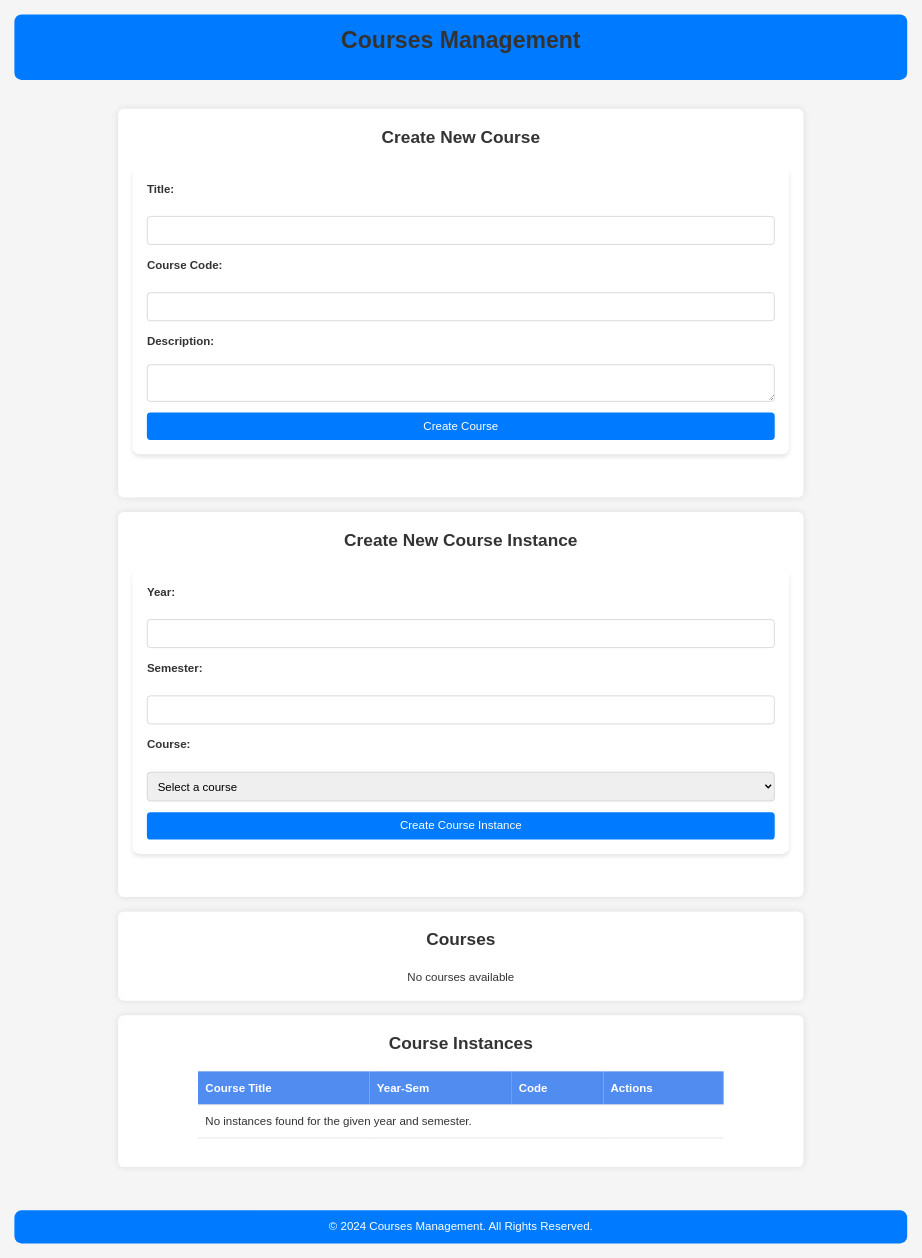
Repository: Rajdeep00-bit/Course_frontend
Page: /
The author's editor kept a copy of each file at every save. The page is drawn from the files as they stood at one save, then again after the next save.
The browser window is 1280 px wide. The pictures show the whole page, at 72% of full size.
The page's requests for data from a server got no answer. The project was rebuilt for these pictures with package versions that can differ from the ones it lists, and the page was loaded fresh each time. No one was signed in, and anything a server would have sent is missing. Also part of the build but not shown: src/components/CourseInstanceDetails.js.

Above is the page before, as saved 2024-09-12 11:47:10.

### src/index.js
import React from 'react';
import ReactDOM from 'react-dom/client';
import './index.css';
import App from './App';




const root = ReactDOM.createRoot(document.getElementById('root'));
root.render(
  <React.StrictMode>
    <App />
  </React.StrictMode>
);

### src/index.css
/* Reset some default styles */
* {
  margin: 0;
  padding: 0;
  box-sizing: border-box;
}

body {
  font-family: 'Arial', sans-serif;
  background-color: #f4f4f9;
  color: #333;
  line-height: 1.6;
  padding: 20px;
}

h1, h2, h3, h4, h5, h6 {
  margin-bottom: 20px;
  color: #333;
}

.container {
  max-width: 1200px;
  margin: 0 auto;
  padding: 20px;
}

/* General button styles */
button {
  background-color: #007bff;
  color: white;
  padding: 10px 15px;
  border: none;
  border-radius: 5px;
  cursor: pointer;
  font-size: 16px;
  transition: background-color 0.3s ease;
}

button:hover {
  background-color: #0056b3;
}

/* Form styles */
form {
  background-color: white;
  padding: 20px;
  margin-bottom: 40px;
  border-radius: 10px;
  box-shadow: 0 4px 6px rgba(0, 0, 0, 0.1);
}

form div {
  margin-bottom: 15px;
}

form label {
  display: block;
  margin-bottom: 5px;
  font-weight: bold;
}

form input[type="text"],
form input[type="number"],
form select {
  width: 100%;
  padding: 10px;
  margin-top: 5px;
  border: 1px solid #ccc;
  border-radius: 5px;
  font-size: 16px;
}

/* List styles */
ul {
  list-style: none;
  padding: 0;
}

li {
  background-color: white;
  padding: 15px;
  margin-bottom: 10px;
  border-radius: 10px;
  display: flex;
  justify-content: space-between;
  align-items: center;
  box-shadow: 0 4px 6px rgba(0, 0, 0, 0.1);
}

li button {
  background-color: #dc3545;
}

li button:hover {
  background-color: #c82333;
}

/* Header styles */
header {
  background-color: #007bff;
  color: white;
  padding: 20px;
  text-align: center;
  border-radius: 10px;
  margin-bottom: 40px;
}

/* Course and Course Instance Styles */
.course, .course-instance {
  display: flex;
  justify-content: space-between;
  align-items: center;
  padding: 15px;
  margin-bottom: 10px;
  background-color: white;
  border-radius: 10px;
  box-shadow: 0 4px 6px rgba(0, 0, 0, 0.1);
}

.course-info, .instance-info {
  display: flex;
  flex-direction: column;
}

.course-info h3, .instance-info h3 {
  margin-bottom: 5px;
}

/* Footer */
footer {
  text-align: center;
  padding: 20px;
  margin-top: 40px;
  background-color: #007bff;
  color: white;
  border-radius: 10px;
}

### src/App.css
body {
  margin: 0;
  font-family: Arial, sans-serif;
  background-color: #f5f5f5;
}

.App {
  text-align: center;
}

.header {
  background-color: #007bff;
  color: white;
  padding: 10px 0;
  margin-bottom: 20px;
}

.container {
  width: 80%;
  margin: 0 auto;
}

.section {
  background-color: white;
  padding: 20px;
  margin-bottom: 20px;
  box-shadow: 0px 0px 10px rgba(0, 0, 0, 0.1);
  border-radius: 8px;
}

.form {
  display: flex;
  flex-direction: column;
  gap: 15px;
}

.form label {
  font-weight: bold;
  text-align: left;
}

.form input, .form textarea, .form select {
  padding: 10px;
  border-radius: 5px;
  border: 1px solid #ccc;
}

.form button {
  padding: 10px;
  background-color: #007bff;
  color: white;
  border: none;
  border-radius: 5px;
  cursor: pointer;
}

.form button:hover {
  background-color: #0056b3;
}

ul {
  list-style-type: none;
  padding: 0;
}

ul li {
  background-color: #f9f9f9;
  margin: 10px 0;
  padding: 10px;
  border-radius: 5px;
  box-shadow: 0px 0px 5px rgba(0, 0, 0, 0.1);
}

ul li button {
  margin-left: 10px;
}

.course-details, .instance-details {
  margin-top: 20px;
  text-align: left;
}

.footer {
  background-color: #007bff;
  color: white;
  padding: 10px 0;
  margin-top: 20px;
}
.course-details {
  margin-top: 20px;
  padding: 15px;
  border: 1px solid #ddd;
  background-color: #f9f9f9;
}
.course-details h3 {
  margin-bottom: 10px;
}
.course-instance-list {
  margin: 20px auto;
  width: 80%;
}

table {
  width: 100%;
  border-collapse: collapse;
}

thead {
  background-color: #518cf0;
  color: white;
}

th, td {
  padding: 10px;
  text-align: left;
  border-bottom: 1px solid #ddd;
}

tbody tr:nth-child(even) {
  background-color: #f9f9f9;
}

.action-btn {
  background-color: #ff4d4d;
  color: white;
  padding: 5px 10px;
  border: none;
  border-radius: 5px;
  cursor: pointer;
}

.action-btn:hover {
  background-color: #ff3333;
}

.selected-instance-details {
  margin-top: 20px;
  background-color: #f0f8ff;
  padding: 15px;
  border-radius: 5px;
}

### src/components/CourseForm.js
import React, { useState } from 'react';

function CourseForm({ onCourseCreated }) {
  const [title, setTitle] = useState('');
  const [courseCode, setCourseCode] = useState('');
  const [description, setDescription] = useState('');

  const handleSubmit = (event) => {
    event.preventDefault();

    const course = {
      title: title,
      course_code: courseCode,
      description: description,
    };

    fetch('http://127.0.0.1:8000/api/courses/', {
      method: 'POST',
      headers: {
        'Content-Type': 'application/json',
      },
      body: JSON.stringify(course),
    })
      .then((response) => {
        if (!response.ok) {
          throw new Error(`Error: ${response.status} ${response.statusText}`);
        }
        return response.json();
      })
      .then((data) => {
        // Clear form fields
        setTitle('');
        setCourseCode('');
        setDescription('');

        // Call the onCourseCreated prop to fetch the updated course list
        if (onCourseCreated) {
          onCourseCreated();
        }
      })
      .catch((error) => {
        console.error('Error creating course:', error);
      });
  };

  return (
    <form className="form" onSubmit={handleSubmit}>
      <label>Title:</label>
      <input
        type="text"
        value={title}
        onChange={(e) => setTitle(e.target.value)}
        required
      />

      <label>Course Code:</label>
      <input
        type="text"
        value={courseCode}
        onChange={(e) => setCourseCode(e.target.value)}
        required
      />

      <label>Description:</label>
      <textarea
        value={description}
        onChange={(e) => setDescription(e.target.value)}
        required
      />

      <button type="submit">Create Course</button>
    </form>
  );
}

export default CourseForm;

### src/components/CourseInstanceForm.js
// CourseInstanceForm.js
import React, { useState, useEffect } from 'react';

function CourseInstanceForm({ onInstanceCreated, year, semester, setYear, setSemester, fetchNewCourse, setFetchNewCourse }) {
  const [courseId, setCourseId] = useState('');
  const [courses, setCourses] = useState([]);

  // Fetch courses
  useEffect(() => {
    fetch('http://127.0.0.1:8000/api/courses/')
      .then((response) => response.json())
      .then((data) => setCourses(data))
      .catch((error) => console.error('Error fetching courses:', error));
  }, [fetchNewCourse]);

  const handleSubmit = (event) => {
    event.preventDefault();

    const courseInstance = {
      course: courseId,
      year: year,
      semester: semester
    };

    fetch('http://127.0.0.1:8000/api/instances/', {
      method: 'POST',
      headers: {
        'Content-Type': 'application/json'
      },
      body: JSON.stringify(courseInstance)
    })
      .then(response => response.json())
      .then(() => {
        // Clear the form
        setCourseId('');
        setYear('');
        setSemester('');
        onInstanceCreated();  // Trigger refresh of instances
      })
      .catch(error => console.error('Error creating course instance:', error));
  };

  return (
    <form className="form" onSubmit={handleSubmit}>
      <label>Year:</label>
      <input
        type="text"
        value={year}
        onChange={(e) => setYear(e.target.value)}
        required
      />

      <label>Semester:</label>
      <input
        type="text"
        value={semester}
        onChange={(e) => setSemester(e.target.value)}
        required
      />

      <label>Course:</label>
      <select value={courseId} onChange={(e) => setCourseId(e.target.value)} required>
        <option value="">Select a course</option>
        {courses.map((course) => (
          <option key={course.id} value={course.id}>{course.title}</option>
        ))}
      </select>

      <button type="submit">Create Course Instance</button>
    </form>
  );
}

export default CourseInstanceForm;

### src/components/CourseInstanceList.js
import React, { useState } from 'react';

function CourseInstanceList({ instances, deleteInstance, viewInstanceDetails, year, semester }) {
  const [selectedInstance, setSelectedInstance] = useState(null);

  // Fetch instance details and store it in selectedInstance state
  const fetchInstanceDetails = (id) => {
    console.log(`Fetching details for ID: ${id}, Year: ${year}, Semester: ${semester}`);

    if (!year || !semester) {
      alert("Year and semester must be set to fetch instance details.");
      return;
    }

    const apiUrl = `http://127.0.0.1:8000/api/instances/${year}/${semester}/${id}/`;
    console.log("API URL:", apiUrl);

    fetch(apiUrl)
      .then((response) => {
        if (!response.ok) {
          throw new Error(`Failed to fetch instance details: ${response.status}`);
        }
        return response.json();
      })
      .then((data) => {
        console.log("Fetched instance details:", data);
        setSelectedInstance(data);
      })
      .catch((error) => {
        console.error('Error fetching instance details:', error);
        alert('Failed to fetch instance details.');
      });
  };

  return (
    <div className="course-instance-list">
      <table>
        <thead>
          <tr>
            <th>Course Title</th>
            <th>Year-Sem</th>
            <th>Code</th>
            <th>Actions</th>
          </tr>
        </thead>
        <tbody>
          {instances.length === 0 ? (
            <tr>
              <td colSpan="4">No instances found for the given year and semester.</td>
            </tr>
          ) : (
            instances.map((instance) => (
              <tr key={instance.id}>
                <td>
                  {instance.course && instance.course.title
                    ? instance.course.title
                    : 'Title unavailable'}
                </td>
                <td>{`${instance.year}-${instance.semester}`}</td>
                <td>{instance.code ? instance.code : 'Code unavailable'}</td>
                <td>
                  <button onClick={() => fetchInstanceDetails(instance.id)}>View Details</button>
                  <button onClick={() => deleteInstance(instance.id)}>Delete</button>
                </td>
              </tr>
            ))
          )}
        </tbody>
      </table>

      {/* Display the selected instance details if available */}
      {selectedInstance && selectedInstance.course && (
        <div className="selected-instance-details">
          <h2>Course Instance Details</h2>
          <p><strong>Title:</strong> {selectedInstance.course.title}</p>
          <p><strong>Year:</strong> {selectedInstance.year}</p>
          <p><strong>Semester:</strong> {selectedInstance.semester}</p>
          <p><strong>Code:</strong> {selectedInstance.code}</p>
        </div>
      )}
    </div>
  );
}

export default CourseInstanceList;

### src/components/CourseList.js
import React, { useEffect, useState } from 'react';
import { BiAlignLeft } from 'react-icons/bi';

function CourseList() {
  const [courses, setCourses] = useState([]);
  const [selectedCourse, setSelectedCourse] = useState(null);

  // Fetch courses from API
  const fetchCourses = () => {
    console.log('Fetching courses...');
    fetch('http://127.0.0.1:8000/api/courses/')
      .then((response) => {
        if (!response.ok) {
          throw new Error(`Error: ${response.status} ${response.statusText}`);
        }
        return response.json();
      })
      .then((data) => {
        console.log('Courses fetched:', data);
        setCourses(data);  // Store fetched courses in state
      })
      .catch((error) => {
        console.error('Error fetching courses:', error);
        alert(`Failed to fetch courses: ${error.message}`);
      });
  };

  // Create a new course and refetch the list
  const createCourse = (newCourse) => {
    console.log('Creating new course:', newCourse);
    fetch('http://127.0.0.1:8000/api/courses/', {
      method: 'POST',
      headers: {
        'Content-Type': 'application/json',
      },
      body: JSON.stringify(newCourse),
    })
      .then((response) => {
        if (!response.ok) {
          throw new Error(`Error: ${response.status} ${response.statusText}`);
        }
        return response.json();
      })
      .then((createdCourse) => {
        console.log('Course created:', createdCourse);
        // Refetch the updated course list to ensure consistency
        fetchCourses();  // Refetch courses after creation
      })
      .catch((error) => {
        console.error('Error creating course:', error);
        alert(`Failed to create course: ${error.message}`);
      });
  };

  // Fetch course details from API
  const viewCourseDetails = (id) => {
    console.log(`Fetching details for course ID: ${id}`);
    fetch(`http://127.0.0.1:8000/api/courses/${id}/`)
      .then((response) => {
        if (!response.ok) {
          throw new Error(`Error: ${response.status} ${response.statusText}`);
        }
        return response.json();
      })
      .then((data) => {
        console.log('Course details fetched:', data);
        setSelectedCourse(data);  // Store the selected course details in state
      })
      .catch((error) => {
        console.error('Error fetching course details:', error);
        alert(`Failed to fetch course details: ${error.message}`);
      });
  };

  // Close the course details view
  const closeCourseDetails = () => {
    setSelectedCourse(null);  // Clear the selected course to hide details
  };

  // Delete a course and refetch the list
  const deleteCourse = (id) => {
    if (!window.confirm("Are you sure you want to delete this course?")) {
      return;
    }

    console.log(`Deleting course ID: ${id}`);
    fetch(`http://127.0.0.1:8000/api/courses/${id}/`, {
      method: 'DELETE',
    })
      .then((response) => {
        if (response.ok) {
          console.log(`Course ID ${id} deleted successfully.`);
          // Refetch the updated course list to ensure consistency
          fetchCourses();  // Refetch courses after deletion
        } else {
          return response.json().then((err) => Promise.reject(err));
        }
      })
      .catch((error) => {
        console.error("Error deleting course:", error);
        alert("Failed to delete the course.");
      });
  };

  // Fetch courses when the component mounts
  useEffect(() => {
    console.log('Component mounted, fetching courses...');
    fetchCourses();  // Initial fetch on component mount
  }, []);

  // Render the list of courses
  return (
    <div>
      {courses.length > 0 ? (
        <table style={styles.table}>
          <thead>
            <tr style={styles.tableHeader}>
              <th style={styles.tableHeaderCell}>Course Title</th>
              <th style={styles.tableHeaderCell}>Code</th>
              <th style={styles.tableHeaderCell}>Action</th>
            </tr>
          </thead>
          <tbody>
            {courses.map((course, index) => (
              <tr key={course.id} style={index % 2 === 0 ? styles.tableRowAlt : styles.tableRow}>
                <td style={styles.tableCell}>
                  <button
                    onClick={() => viewCourseDetails(course.id)}
                    style={styles.courseTitle}
                  >
                    {course.title}
                  </button>
                </td>
                <td style={styles.tableCell}>{course.course_code}</td>
                <td style={styles.tableCell}>
                  <div style={styles.actionContainer}>
                    <button onClick={() => deleteCourse(course.id)} style={styles.actionButton}>
                      <i className="fas fa-trash"></i> {/* Icon for delete */}
                    </button>
                  </div>
                </td>
              </tr>
            ))}
          </tbody>
        </table>
      ) : (
        <p>No courses available</p>
      )}

      {/* Conditionally render the selected course details */}
      {selectedCourse && (
        <div style={styles.courseDetails}>
          <h3>Course Details</h3>
          <p><strong>Title:</strong> {selectedCourse.title}</p>
          <p><strong>Code:</strong> {selectedCourse.course_code}</p>
          <p><strong>Description:</strong> {selectedCourse.description}</p>
          <button onClick={closeCourseDetails} style={styles.closeButton}>Close</button>
        </div>
      )}
    </div>
  );
}

// Inline CSS styles
const styles = {
  table: {
    width: '100%',
    borderCollapse: 'collapse',
    margin: '20px 0',
    fontSize: '16px',
  },
  tableHeader: {
    backgroundColor: '#4e73df',
    color: '#fff',
  },
  tableHeaderCell: {
    padding: '12px 15px',
    textAlign: 'left',
  },
  tableRow: {
    backgroundColor: '#f9f9f9',
  },
  tableRowAlt: {
    backgroundColor: '#f1f1f1',
  },
  tableCell: {
    padding: '12px 15px',
    borderBottom: '1px solid #ddd',
  },
  courseTitle: {
    background: 'none',
    border: 'none',
    color: 'blue',
    textDecoration: 'underline',
    cursor: 'pointer',
    padding: '0',
    textAlign: 'center',
  },
  actionContainer: {
    display: 'flex',
    gap: '10px',
    justifyContent: 'center',
  },
  actionButton: {
    background: 'none',
    border: 'none',
    cursor: 'pointer',
    fontSize: '16px',
    color: 'black',

  },
  courseDetails: {
    marginTop: '20px',
    padding: '20px',
    border: '1px solid #ddd',
    borderRadius: '5px',
    backgroundColor: '#f9f9f9',
  },
  closeButton: {
    padding: '10px 20px',
    backgroundColor: '#6c757d',
    color: '#fff',
    border: 'none',
    borderRadius: '4px',
    cursor: 'pointer',
    marginTop: '10px',
  },
};

export default CourseList;

Loaded but not shown: src/App.js (200 lines, source omitted)

After the next save:
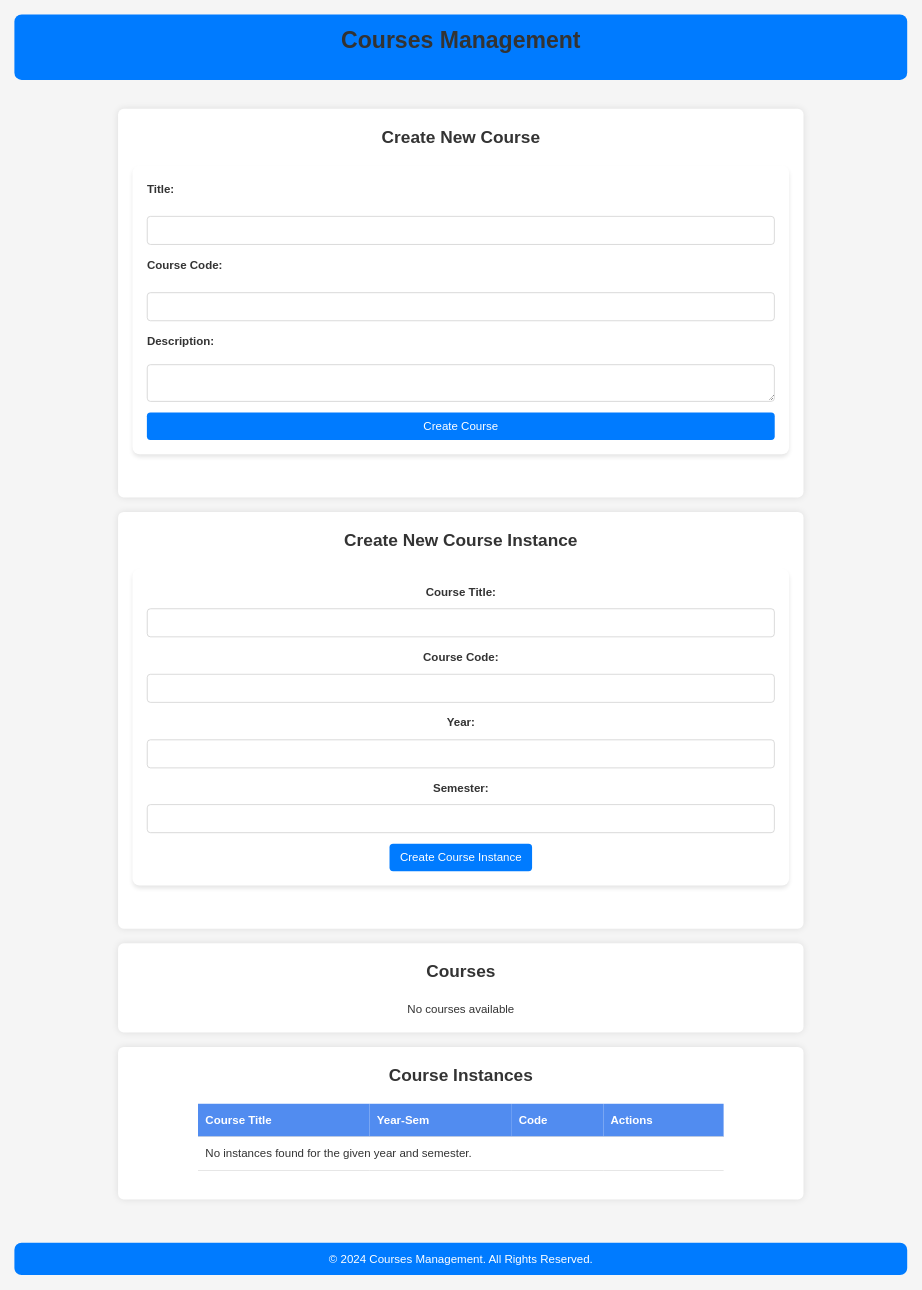
Saved 3 min 26 s later.
--- a/src/components/CourseInstanceForm.js
+++ b/src/components/CourseInstanceForm.js
@@ -1,71 +1,67 @@
-// CourseInstanceForm.js
-import React, { useState, useEffect } from 'react';
+import React, { useState } from 'react';
 
-function CourseInstanceForm({ onInstanceCreated, year, semester, setYear, setSemester, fetchNewCourse, setFetchNewCourse }) {
-  const [courseId, setCourseId] = useState('');
-  const [courses, setCourses] = useState([]);
+function CourseInstanceForm({ onInstanceCreated, year, semester, setYear, setSemester }) {
+  const [courseTitle, setCourseTitle] = useState('');
+  const [courseCode, setCourseCode] = useState('');
 
-  // Fetch courses
-  useEffect(() => {
-    fetch('http://127.0.0.1:8000/api/courses/')
-      .then((response) => response.json())
-      .then((data) => setCourses(data))
-      .catch((error) => console.error('Error fetching courses:', error));
-  }, [fetchNewCourse]);
+  const handleSubmit = (e) => {
+    e.preventDefault();
 
-  const handleSubmit = (event) => {
-    event.preventDefault();
-
-    const courseInstance = {
-      course: courseId,
-      year: year,
-      semester: semester
+    // Create a new course instance
+    const newInstance = {
+      id: Date.now(), // Temporary ID, in a real app this would come from the backend
+      course: { title: courseTitle },
+      year,
+      semester,
+      code: courseCode,
     };
 
-    fetch('http://127.0.0.1:8000/api/instances/', {
-      method: 'POST',
-      headers: {
-        'Content-Type': 'application/json'
-      },
-      body: JSON.stringify(courseInstance)
-    })
-      .then(response => response.json())
-      .then(() => {
-        // Clear the form
-        setCourseId('');
-        setYear('');
-        setSemester('');
-        onInstanceCreated();  // Trigger refresh of instances
-      })
-      .catch(error => console.error('Error creating course instance:', error));
+    // Pass the new instance back to the parent
+    onInstanceCreated(newInstance);
+
+    // Clear form fields
+    setCourseTitle('');
+    setCourseCode('');
   };
 
   return (
-    <form className="form" onSubmit={handleSubmit}>
-      <label>Year:</label>
-      <input
-        type="text"
-        value={year}
-        onChange={(e) => setYear(e.target.value)}
-        required
-      />
-
-      <label>Semester:</label>
-      <input
-        type="text"
-        value={semester}
-        onChange={(e) => setSemester(e.target.value)}
-        required
-      />
-
-      <label>Course:</label>
-      <select value={courseId} onChange={(e) => setCourseId(e.target.value)} required>
-        <option value="">Select a course</option>
-        {courses.map((course) => (
-          <option key={course.id} value={course.id}>{course.title}</option>
-        ))}
-      </select>
-
+    <form onSubmit={handleSubmit}>
+      <div>
+        <label>Course Title:</label>
+        <input
+          type="text"
+          value={courseTitle}
+          onChange={(e) => setCourseTitle(e.target.value)}
+          required
+        />
+      </div>
+      <div>
+        <label>Course Code:</label>
+        <input
+          type="text"
+          value={courseCode}
+          onChange={(e) => setCourseCode(e.target.value)}
+          required
+        />
+      </div>
+      <div>
+        <label>Year:</label>
+        <input
+          type="text"
+          value={year}
+          onChange={(e) => setYear(e.target.value)}
+          required
+        />
+      </div>
+      <div>
+        <label>Semester:</label>
+        <input
+          type="text"
+          value={semester}
+          onChange={(e) => setSemester(e.target.value)}
+          required
+        />
+      </div>
       <button type="submit">Create Course Instance</button>
     </form>
   );
